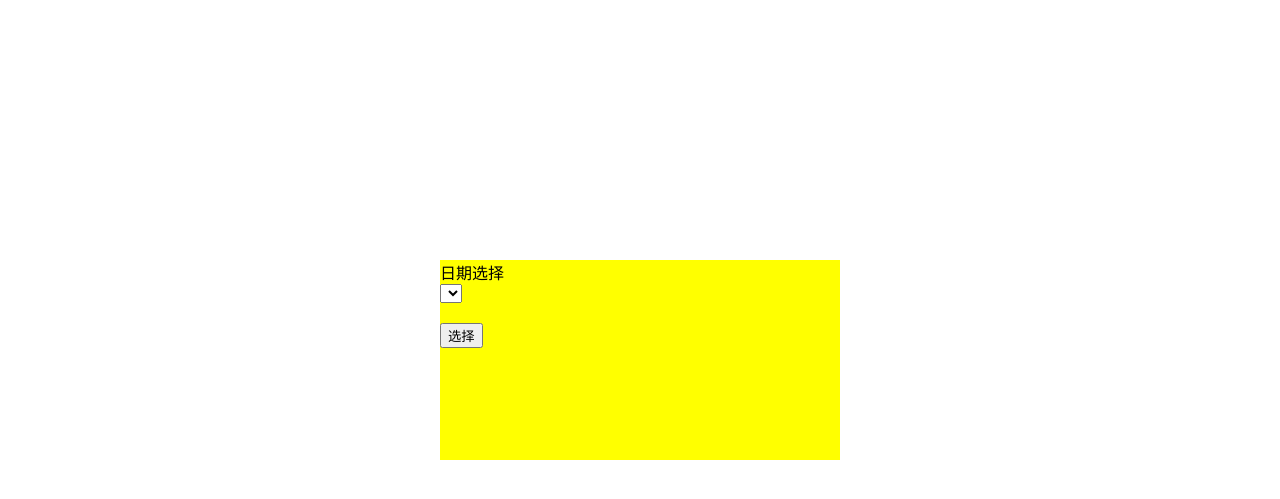
Repository: yz990219/InfectStatisticWeb
Page: http://localhost/MyInfectStatisticWeb/dateChoose.jsp
The author's editor kept a copy of each file at every save. The page is drawn from the files as they stood at one save, then again after the next save.
The browser window is 1280 px wide. The pictures show the whole page.
The page is served by Tomcat 9. Other server files are loaded and not shown.

Above is the page before, as saved 2020-03-13 14:09:17.

### MyInfectStatisticWeb/WebContent/dateChoose.jsp
<%@ page language="java" contentType="text/html; charset=utf-8"
	pageEncoding="utf-8"%>
<%@ page import="hw2.*"%>
<%@ page import="java.util.*"%>
<%@ page import="java.io.File"%>
<!DOCTYPE html>
<html>
<head>
<title>日期选择</title>
<link href="css/datechoose.css" rel="stylesheet">
</head>
<body>
	<div class="datechoose" id="datechoose">
		<form action="index.jsp" method="post">
			<%
				ArrayList<String> fileNameList = new ArrayList<String>();
				String[] temp;
				String path = "D:\\InfectStatisticWeb\\MyInfectStatisticWeb\\WebContent\\log\\";
				File name = new File(path);
				temp = name.list();
				if (name.isDirectory()) {
					for (int i = 0; i < temp.length; i++) {
						fileNameList.add(temp[i]);
					}
				}
			%>
			<div>日期选择</div>
			<div>
				<select name="date">
					<%
						for (int i = 0; i < fileNameList.size(); i++) {
					%>
					<option
						value="<%=fileNameList.get(i).substring(0, fileNameList.get(i).length() - 8)%>">
						<%=fileNameList.get(i).substring(0, fileNameList.get(i).length() - 8)%>
					</option>
					<%
						}
					%>
				</select>
			</div>
			<div style="margin-top: 20px">
				<button type="submit">选择</button>
			</div>

		</form>
	</div>

</body>
</html>

### MyInfectStatisticWeb/WebContent/css/datechoose.css
@charset "UTF-8";
#datechoose {
	background:#ffff00;
    width: 400px;
    height: 200px;
    position: fixed;
    left: 50%;
    top: 50%;
    z-index: 11;
    /*设定这个div的margin-top的负值为自身的高度的一半,margin-left的值也是自身的宽度的一半的负值.*/
    /*宽为400,那么margin-top为-200px*/
    /*高为200那么margin-left为-100px;*/
    margin: -100px 0 0 -200px;
}

After the next save:
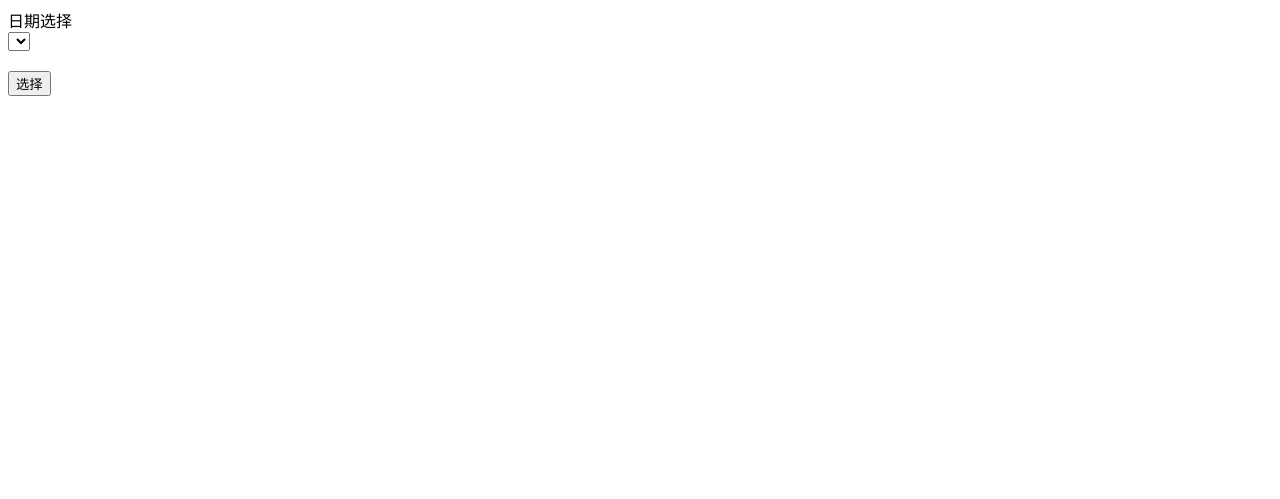
Saved 64 s later.
--- a/MyInfectStatisticWeb/WebContent/dateChoose.jsp
+++ b/MyInfectStatisticWeb/WebContent/dateChoose.jsp
@@ -10,7 +10,7 @@
 <link href="css/datechoose.css" rel="stylesheet">
 </head>
 <body>
-	<div class="datechoose" id="datechoose">
+	<div class="datechoose">
 		<form action="index.jsp" method="post">
 			<%
 				ArrayList<String> fileNameList = new ArrayList<String>();

After the save that followed:
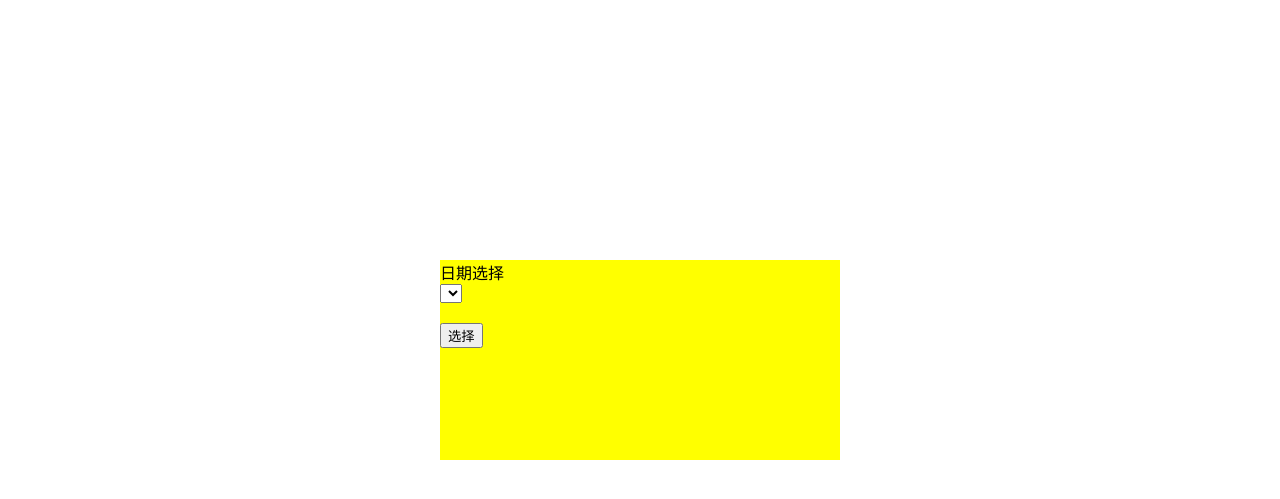
Saved 13 s later.
--- a/MyInfectStatisticWeb/WebContent/css/datechoose.css
+++ b/MyInfectStatisticWeb/WebContent/css/datechoose.css
@@ -1,5 +1,5 @@
 @charset "UTF-8";
-#datechoose {
+.datechoose {
 	background:#ffff00;
     width: 400px;
     height: 200px;
